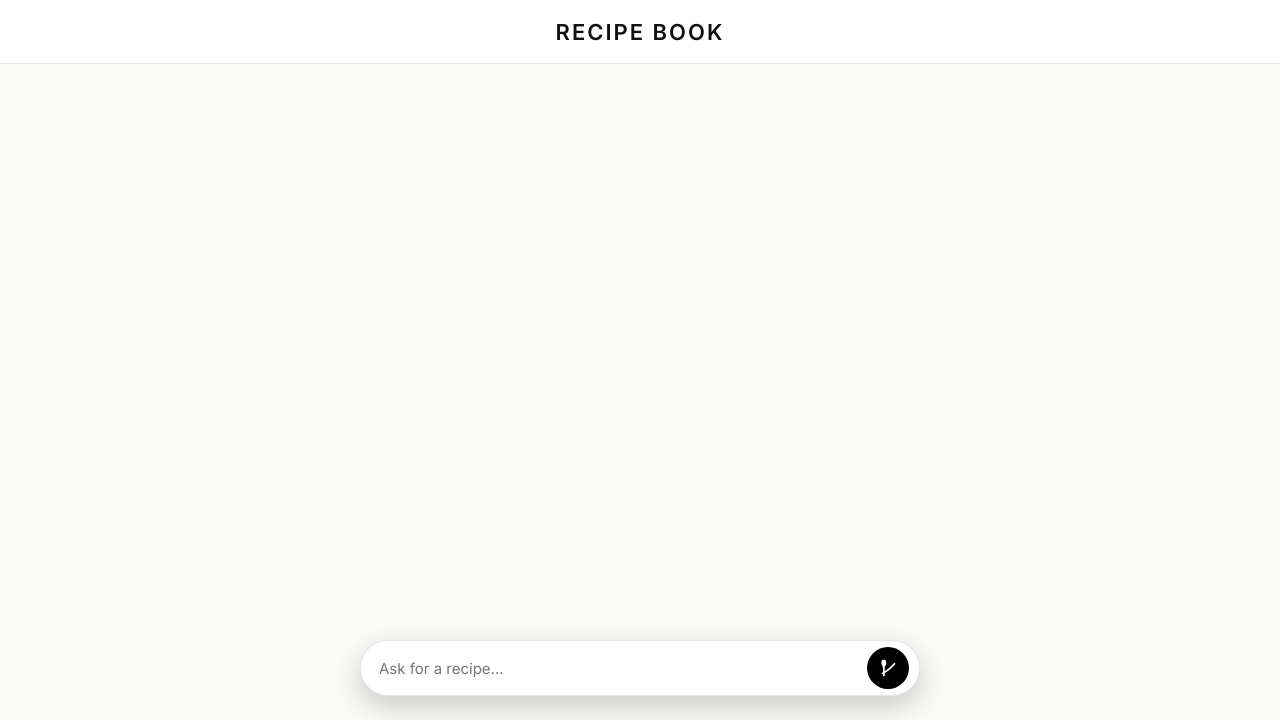
Repository: Tanvir0072309/Recipe-App
Page: /
The author's editor kept a copy of each file at every save. The page is drawn from the files as they stood at one save, then again after the next save.
The browser window is 1280 px wide. The pictures show the whole page.
The project was rebuilt for these pictures with package versions that can differ from the ones it lists, and the page was loaded fresh each time. Also part of the build but not shown: vite.config.js.

Above is the page before, as saved 2026-01-24 16:11:53.

### index.html
<!doctype html>
<html lang="en">
  <head>
    <meta charset="UTF-8" />
    <meta name="viewport" content="width=device-width, initial-scale=1.0" />
    <title>Recipe App</title>
  </head>
  <body>
    <div id="root"></div>
    <script type="module" src="/src/index.jsx"></script>
  </body>
</html>

### src/index.jsx
import React from "react";
import ReactDOM from "react-dom/client";
import { Header } from "./components/header";
import { RecipeInput } from "./components/RecipeInput";
import "./index.css";
import MyMain from "./components/main";

const root = ReactDOM.createRoot(document.getElementById("root"));

root.render(
    <React.StrictMode>
        <Header />
        <MyMain />
        <RecipeInput />
    </React.StrictMode>
);

### src/components/header.jsx
import React from "react";
import "../index.css"; // kyunki index.css src me hai

export function Header() {
    return (
        <header className="ai-header">
            <h1 className="app-title">RECIPE BOOK</h1>
        </header>
    );
}

### src/components/RecipeInput.jsx
import { useState, useRef, useEffect } from "react";
import "../index.css";

export function RecipeInput({ onAdd }) {
    const [text, setText] = useState("");
    const inputRef = useRef(null);

    // 🔥 page load par cursor focus
    useEffect(() => {
        inputRef.current.focus();
    }, []);

    const handleSubmit = (e) => {
        e.preventDefault();
        if (!text.trim()) return;

        onAdd(text);     // array me data
        setText("");     // input clear

        // 🔥 submit ke baad bhi cursor wapas
        inputRef.current.focus();
    };

    return (
        <form onSubmit={handleSubmit}>
            <div className="floating-input">
                <input
                    ref={inputRef}
                    type="text"
                    value={text}
                    onChange={(e) => setText(e.target.value)}
                    placeholder="Ask for a recipe..."
                    autoFocus
                />

                <button type="submit" aria-label="Submit recipe">
                    {/* SVG icon */}
                    <svg
                        width="20"
                        height="20"
                        viewBox="0 0 24 24"
                        fill="none"
                        xmlns="http://www.w3.org/2000/svg"
                    >
                        <path
                            d="M6 2C5 2 4 4 4 6C4 8 6 10 6 12V22H8V12C8 10 10 8 10 6C10 4 9 2 8 2H6Z"
                            fill="white"
                        />
                        <path
                            d="M14 2C13.5 2 13 2.5 13 3V12L11 22H13L15 12V3C15 2.5 14.5 2 14 2Z"
                            fill="white"
                            transform="rotate(45 12 12)"
                        />
                    </svg>
                </button>
            </div>
        </form>
    );
}

### src/index.css
/* ===== GOOGLE FONT ===== */
@import url("https://fonts.googleapis.com/css2?family=Inter:wght@400;500;600;700&display=swap");

/* ===== RESET ===== */
* {
  margin: 0;
  padding: 0;
  box-sizing: border-box;
  font-family: "Inter", system-ui, sans-serif;
}

/* ===== PAGE ===== */
body {
  background: #fafaf8;
  color: #111111;
  min-height: 100vh;
}

/* ===== HEADER ===== */
.ai-header {
  height: 64px;
  width: 100%;
  background: #ffffff;

  display: flex;
  align-items: center;
  justify-content: center;
  gap: 12px;

  border-bottom: 1px solid #e5e7eb;
}

.logo-icon {
  font-size: 20px;
  opacity: 0.85;
}

.app-title {
  font-size: 22px;
  font-weight: 600;
  letter-spacing: 2px;
  text-transform: uppercase;
}

/* ===== FLOATING INPUT ===== */
.floating-input {
  position: fixed;
  bottom: 24px;
  left: 50%;
  transform: translateX(-50%);

  width: min(92%, 560px);
  height: 56px;

  background: #ffffff;
  border: 1px solid #e5e7eb;
  border-radius: 999px;

  display: flex;
  align-items: center;
  padding: 8px 10px 8px 18px;

  box-shadow: 0 12px 32px rgba(0, 0, 0, 0.1);
}

/* ===== INPUT ===== */
.floating-input input {
  flex: 1;
  border: none;
  outline: none;
  font-size: 15px;
  background: transparent;
  color: #111111;
}

/* ===== BUTTON ===== */
.floating-input button {
  width: 42px;
  height: 42px;
  border-radius: 50%;
  border: none;

  background: #000000;
  color: #ffffff;
  font-size: 18px;

  cursor: pointer;
  display: flex;
  align-items: center;
  justify-content: center;
}

.floating-input button:hover {
  opacity: 0.9;
}

/* ===== RECIPE LIST ===== */
/* ===== FLOATING INPUT ===== */
.floating-input {
  position: fixed;
  bottom: 24px;
  left: 50%;
  transform: translateX(-50%);

  width: min(92%, 560px);
  height: 56px;

  background: #ffffff;
  border-radius: 999px;

  display: flex;
  align-items: center;
  padding: 8px 10px 8px 18px;

  box-shadow: 0 10px 28px rgba(0, 0, 0, 0.1);
}

/* ===== INPUT (CURSOR ONLY) ===== */
.floating-input input {
  flex: 1;
  border: none;
  outline: none;
  background: transparent;

  font-size: 15px;
  color: #111111;
  caret-color: #000000;
  /* 👈 cursor line */
}

/* remove default focus styles */
.floating-input input:focus {
  outline: none;
  box-shadow: none;
}

/* ===== BUTTON ===== */
.floating-input button {
  width: 42px;
  height: 42px;
  border-radius: 50%;
  border: none;

  background: #000000;
  cursor: pointer;

  display: flex;
  align-items: center;
  justify-content: center;
}

### src/components/main.jsx
import { useState } from "react";
import { RecipeInput } from "./RecipeInput";

export default function Main() {
    const [items, setItems] = useState([]);

    const addItem = (value) => {
        setItems((prev) => [...prev, value]);
    };

    return (
        <>
            {/* Page content */}
            <div className="content">
                <ul>
                    {items.map((item, index) => (
                        <li key={index}>{item}</li>
                    ))}
                </ul>
            </div>

            {/* Floating input */}
            <RecipeInput onAdd={addItem} />
        </>
    );
}

After the next save:
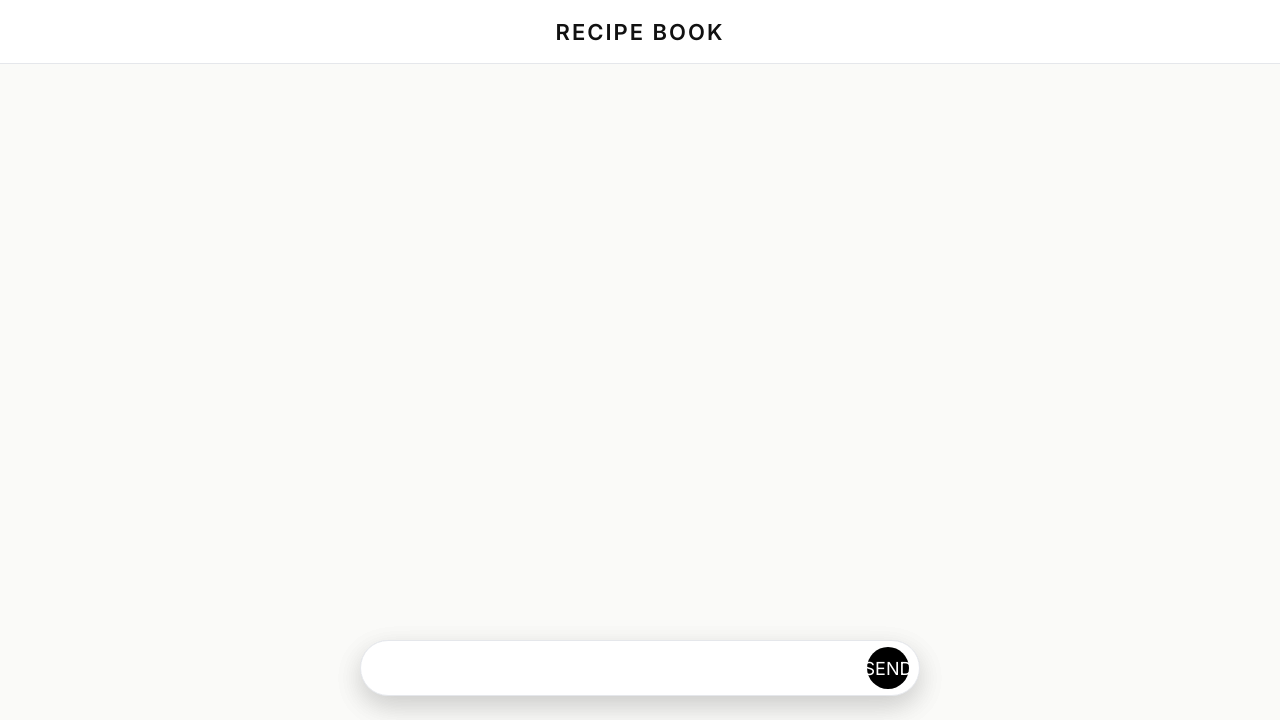
Saved 103 s later.
--- a/src/components/RecipeInput.jsx
+++ b/src/components/RecipeInput.jsx
@@ -1,24 +1,23 @@
-import { useState, useRef, useEffect } from "react";
+import { useState, useRef } from "react";
 import "../index.css";
 
 export function RecipeInput({ onAdd }) {
     const [text, setText] = useState("");
     const inputRef = useRef(null);
 
-    // 🔥 page load par cursor focus
-    useEffect(() => {
-        inputRef.current.focus();
-    }, []);
+    const handleSubmit = (e) => {
+        e.preventDefault(); // 🔥 form reload stop
+        console.log("SUBMIT FIRED");
 
-    const handleSubmit = (e) => {
-        e.preventDefault();
-        if (!text.trim()) return;
+        if (text.trim() === "") return;
 
-        onAdd(text);     // array me data
-        setText("");     // input clear
+        onAdd(text);        // 🔥 array me bhejo
+        setText("");        // 🔥 input clear
 
-        // 🔥 submit ke baad bhi cursor wapas
-        inputRef.current.focus();
+        // 🔥 cursor wapas input me
+        setTimeout(() => {
+            inputRef.current.focus();
+        }, 0);
     };
 
     return (
@@ -29,29 +28,11 @@ export function RecipeInput({ onAdd }) {
                     type="text"
                     value={text}
                     onChange={(e) => setText(e.target.value)}
-                    placeholder="Ask for a recipe..."
                     autoFocus
                 />
 
-                <button type="submit" aria-label="Submit recipe">
-                    {/* SVG icon */}
-                    <svg
-                        width="20"
-                        height="20"
-                        viewBox="0 0 24 24"
-                        fill="none"
-                        xmlns="http://www.w3.org/2000/svg"
-                    >
-                        <path
-                            d="M6 2C5 2 4 4 4 6C4 8 6 10 6 12V22H8V12C8 10 10 8 10 6C10 4 9 2 8 2H6Z"
-                            fill="white"
-                        />
-                        <path
-                            d="M14 2C13.5 2 13 2.5 13 3V12L11 22H13L15 12V3C15 2.5 14.5 2 14 2Z"
-                            fill="white"
-                            transform="rotate(45 12 12)"
-                        />
-                    </svg>
+                <button type="submit">
+                    SEND
                 </button>
             </div>
         </form>
